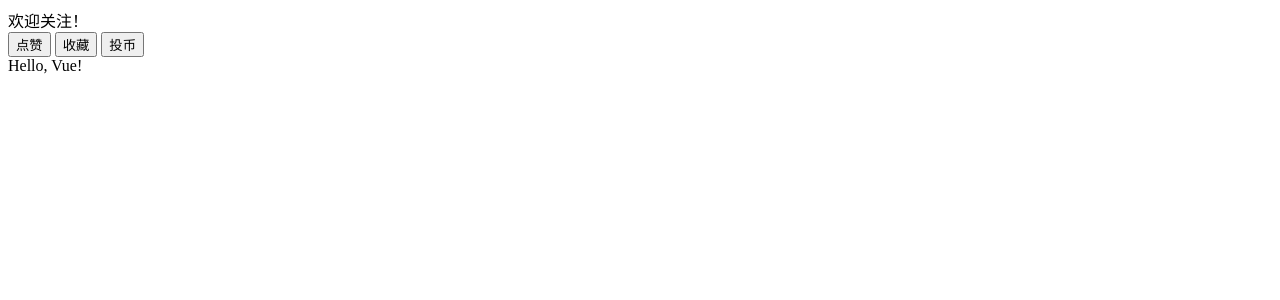
Repository: singerle/blibliShare
Page: shared/z/github/blibliShare/shared/vue的is动态切换组件.html
The author's editor kept a copy of each file at every save. The page is drawn from the files as they stood at one save, then again after the next save.
The browser window is 1280 px wide. The pictures show the whole page.

Above is the page before, as saved 2023-11-03 23:28:32.

### shared/z/github/blibliShare/shared/vue的is动态切换组件.html
<!DOCTYPE html>
<html lang="zh-CN">

<head>
  <meta charset="UTF-8">
  <meta http-equiv="X-UA-Compatible" content="IE=edge">
  <meta name="viewport" content="width=device-width, initial-scale=1.0">
  <title>v-if和v-for优先级</title>
  <script src="./modules/vue.js"></script>
</head>

<body>
  <div id="app">
    <!-- <my-component/> -->
    <div>欢迎关注！</div>
    <input type="button" @click="changeComp(1)" value="点赞">
    <input type="button" @click="changeComp(2)" value="收藏">
    <input type="button" @click="changeComp(3)" value="投币">
    <component :is="content"></component>
  </div>
  <script >
    // 创建Vue组件对象
    var myComponent = Vue.component('my-component', {
      template: '<div>{{ message }}</div>',
      data: function () {
        return {
          message: 'Hello, Vue!'
        };
      }
    });
    let vm = new Vue({
      el: '#app',
      data () {
        return {
          content: myComponent
        }
      },
      methods:{
        changeComp(val){
          switch(val){
            case 1:
              this.content = myComponent;
              break;
            case 2:
              this.content = myComponent1;
              break;
            case 3:
              this.content = myComponent2;
              break;
          }
        }
      }
    })
  </script>
</body>

</html>

Loaded but not shown: shared/modules/vue.js (library)

After the next save:
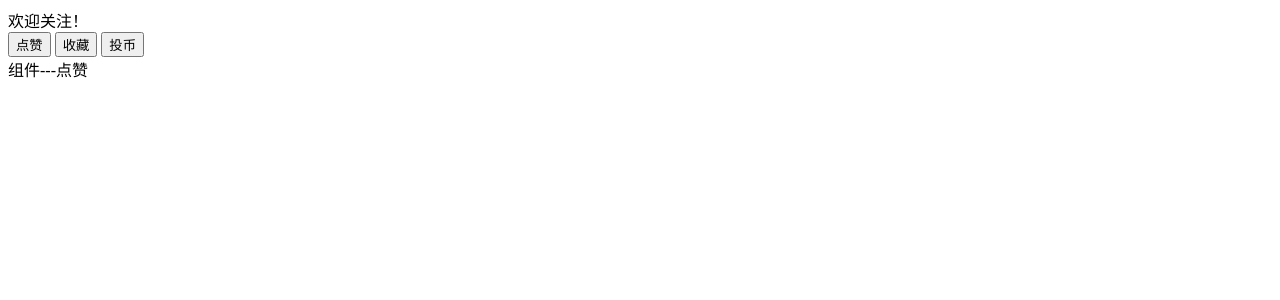
Saved 28 s later.
--- a/shared/z/github/blibliShare/shared/vue的is动态切换组件.html
+++ b/shared/z/github/blibliShare/shared/vue的is动态切换组件.html
@@ -24,7 +24,7 @@
       template: '<div>{{ message }}</div>',
       data: function () {
         return {
-          message: 'Hello, Vue!'
+          message: '组件---点赞'
         };
       }
     });
